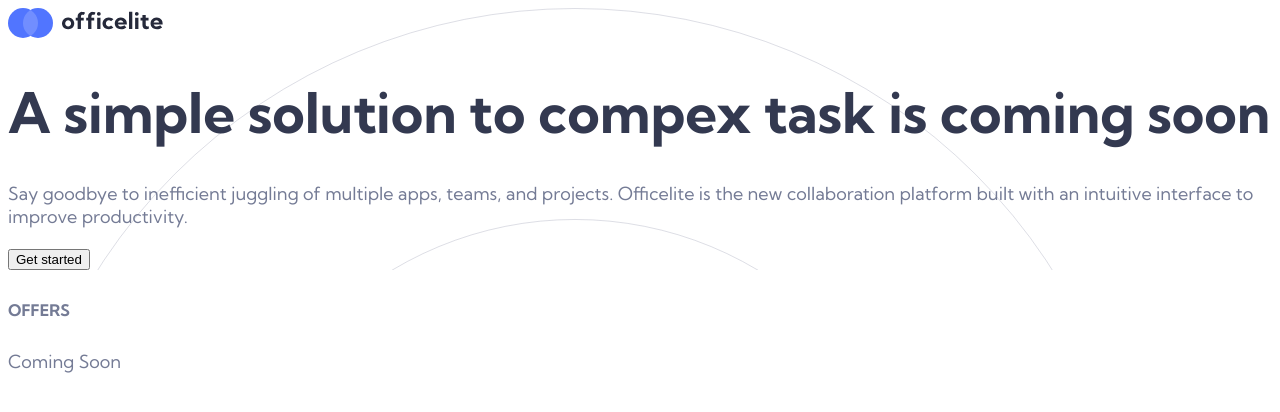
Repository: jodelajo/frontend-css-challenge
Page: index.html
An editor plug-in stored every save of this project. The page is shown before and after the next save, followed by the edit.
The browser window is 1280 px wide. The pictures show the whole page.

Above is the page before, as saved 2022-02-28 12:56:47.

After the next save:
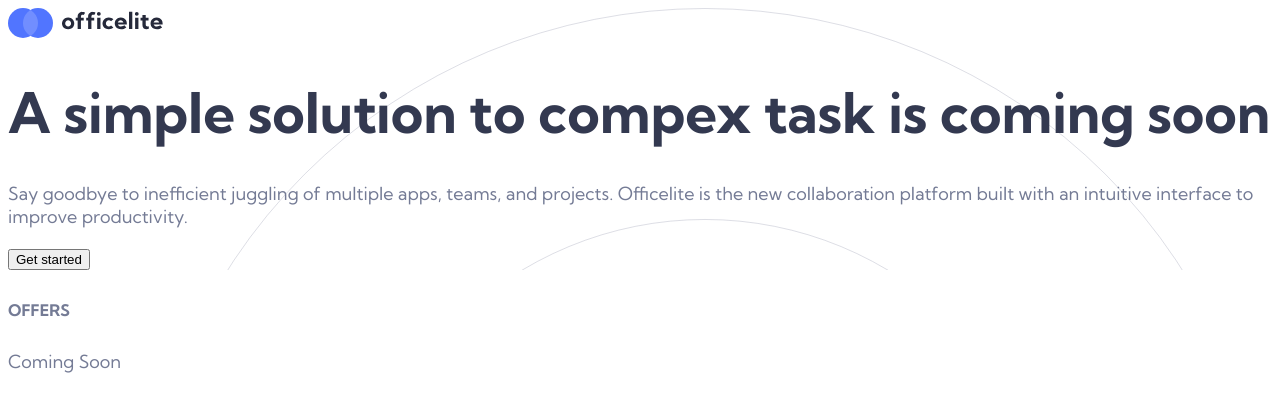
Saved 116 s later.
--- a/index.css
+++ b/index.css
@@ -33,6 +33,7 @@
 .first-block {
   background-image: url("./assets/home/bg-pattern-header.svg");
   background-repeat: no-repeat;
+  background-position: right top;
 }
 .first-block h1 {
   color: var(--colors-dark);
